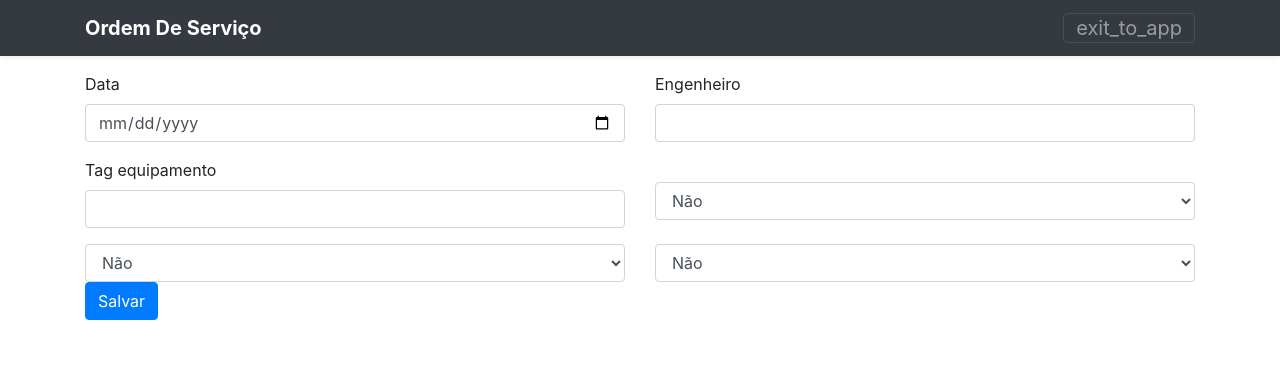
Repository: rodrigogermano/PGPARQ01C1.2N.P1.JAVA
Page: http://localhost/AppManutencaoMVC/WEB-INF/jsp/ordemdeservico/preditiva.jsp
An editor plug-in stored every save of this project. The page is shown before and after the next save, followed by the edit.
The browser window is 1280 px wide. The pictures show the whole page.
The page is served by Tomcat 9. Nobody is signed in. Other server files are loaded and not shown. The template is opened directly, without the code that normally fills it, so the values that code supplies are empty.

Above is the page before, as saved 2020-04-12 19:34:22.

### AppManutencaoMVC/AppManutencaoMVC/src/main/webapp/WEB-INF/jsp/ordemdeservico/preditiva.jsp
<%@ page language="java" contentType="text/html; charset=ISO-8859-1"
    pageEncoding="ISO-8859-1"%>
<%@ taglib prefix="spring" uri="http://www.springframework.org/tags"%>
<%@ taglib prefix='c' uri='http://java.sun.com/jsp/jstl/core' %>

<jsp:include page='../master/header.jsp'></jsp:include>
<jsp:include page='../master/menu.jsp'></jsp:include>

<div class="container mt-3">

	<form method="post" action="/solicitacao/preditiva">
		<input type="hidden" class="form-control" name="solicitacaoId" value="${solicitacao.getId()}">

		<div class="row">
			<div class="col-6">
				<div class="form-group">
			    	<label>Data</label>
			    	<input type="date" class="form-control" name="data">
			  	</div>
			</div>
			<div class="col-6">
				<div class="form-group">
			    	<label>Engenheiro</label>
			    	<input type="text" class="form-control" name="engenheiro">
			  	</div>
			</div>
		</div>

		<div class="row">
			<div class="col-6">
				<div class="form-group">
			    	<label>Tag equipamento</label>
			    	<input type="text" class="form-control" name="tagEquipamento">
			  	</div>
			</div>
			<div class="col-6">
				<div class="form-group">
			    	<label></label>
			    	<select class="form-control" name="analiseDeVibracao">
				      <option value="false" selected>Não</option>
				      <option value="true">Sim</option>
				    </select>
			  	</div>
			</div>
		</div>

		<div class="row">
			<div class="col-6">
				<select class="form-control" name="ultrassom">
			      <option value="false" selected>Não</option>
			      <option value="true">Sim</option>
			    </select>
			</div>
			<div class="col-6">
				<select class="form-control" name="inspecaoVisual">
			      <option value="false" selected>Não</option>
			      <option value="true">Sim</option>
			    </select>
			</div>
		</div>

	  	<button type="submit" class="btn btn-primary">Salvar</button>
	</form>


</div>
<jsp:include page='../master/footer.jsp'></jsp:include>

### AppManutencaoMVC/AppManutencaoMVC/src/main/webapp/WEB-INF/jsp/master/header.jsp
<%@ page language="java" contentType="text/html; charset=ISO-8859-1"
    pageEncoding="ISO-8859-1"%>
<%@ taglib prefix="spring" uri="http://www.springframework.org/tags"%>

<spring:url var="img" value="/resources/images"/>
<spring:url var="css" value="/resources/css"/>

<!DOCTYPE html>
<html>
<head>
<meta charset="ISO-8859-1">
<meta name="viewport" content="width=device-width, initial-scale=1, shrink-to-fit=no">
<link rel="stylesheet" href="https://stackpath.bootstrapcdn.com/bootstrap/4.4.1/css/bootstrap.min.css" integrity="sha384-Vkoo8x4CGsO3+Hhxv8T/Q5PaXtkKtu6ug5TOeNV6gBiFeWPGFN9MuhOf23Q9Ifjh" crossorigin="anonymous">
<link href="https://fonts.googleapis.com/icon?family=Material+Icons"
      rel="stylesheet">
<link rel='shortcut icon' type='image/x-icon' href='${img}/favicon.ico' />
<title>Infnet - Ordem de serviço</title>
</head>
<body>

### AppManutencaoMVC/AppManutencaoMVC/src/main/webapp/WEB-INF/jsp/master/menu.jsp
<%@ page language="java" contentType="text/html; charset=ISO-8859-1"
    pageEncoding="ISO-8859-1"%>
<header>
  <div class="navbar navbar-dark bg-dark shadow-sm">
    <div class="container d-flex justify-content-between">
      <a href="/home" class="navbar-brand d-flex align-items-center">
        <strong>Ordem De Serviço</strong>
      </a>
      <a href="/login">
	      <button class="navbar-toggler" type="button">
	        <span class="material-icons">
				exit_to_app
			</span>
	      </button>
      </a>
    </div>
  </div>
</header>

### AppManutencaoMVC/AppManutencaoMVC/src/main/webapp/WEB-INF/jsp/master/footer.jsp
<%@ page language="java" contentType="text/html; charset=ISO-8859-1"
    pageEncoding="ISO-8859-1"%>
<%@ taglib prefix="spring" uri="http://www.springframework.org/tags"%>

<spring:url var="js" value="/resources/js"/>



<script src="${js}/jquery.min.js"></script>
<script src="${js}/popper.min.js"></script>
<script src="${js}/bootstrap.min.js"></script>
</body>
</html>

Loaded but not shown: AppManutencaoMVC/AppManutencaoMVC/src/main/resources/static/js/jquery.min.js (library); AppManutencaoMVC/AppManutencaoMVC/src/main/resources/static/js/popper.min.js (library); AppManutencaoMVC/AppManutencaoMVC/src/main/resources/static/js/bootstrap.min.js (library)

After the next save:
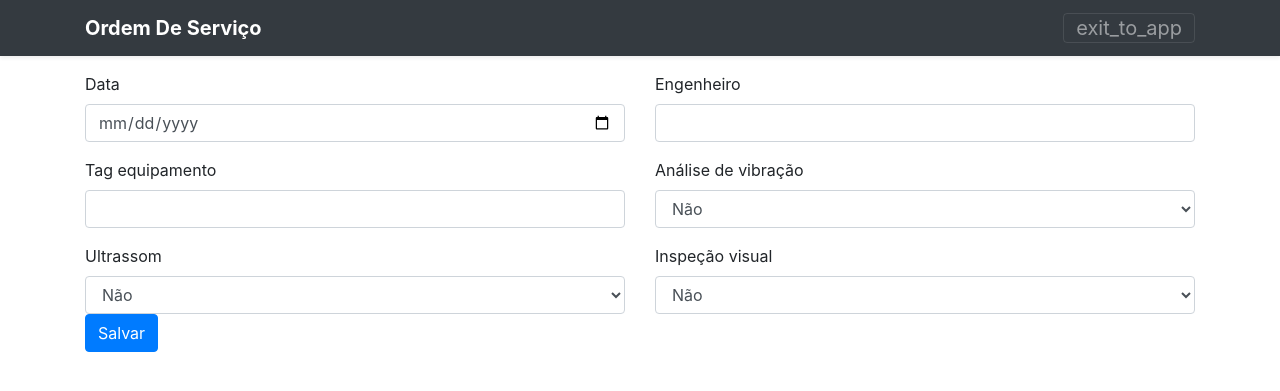
Saved 85 s later.
--- a/AppManutencaoMVC/AppManutencaoMVC/src/main/webapp/WEB-INF/jsp/ordemdeservico/preditiva.jsp
+++ b/AppManutencaoMVC/AppManutencaoMVC/src/main/webapp/WEB-INF/jsp/ordemdeservico/preditiva.jsp
@@ -35,7 +35,7 @@
 			</div>
 			<div class="col-6">
 				<div class="form-group">
-			    	<label></label>
+			    	<label>Análise de vibração</label>
 			    	<select class="form-control" name="analiseDeVibracao">
 				      <option value="false" selected>Não</option>
 				      <option value="true">Sim</option>
@@ -46,12 +46,14 @@
 
 		<div class="row">
 			<div class="col-6">
+				<label>Ultrassom</label>
 				<select class="form-control" name="ultrassom">
 			      <option value="false" selected>Não</option>
 			      <option value="true">Sim</option>
 			    </select>
 			</div>
 			<div class="col-6">
+				<label>Inspeção visual</label>
 				<select class="form-control" name="inspecaoVisual">
 			      <option value="false" selected>Não</option>
 			      <option value="true">Sim</option>
